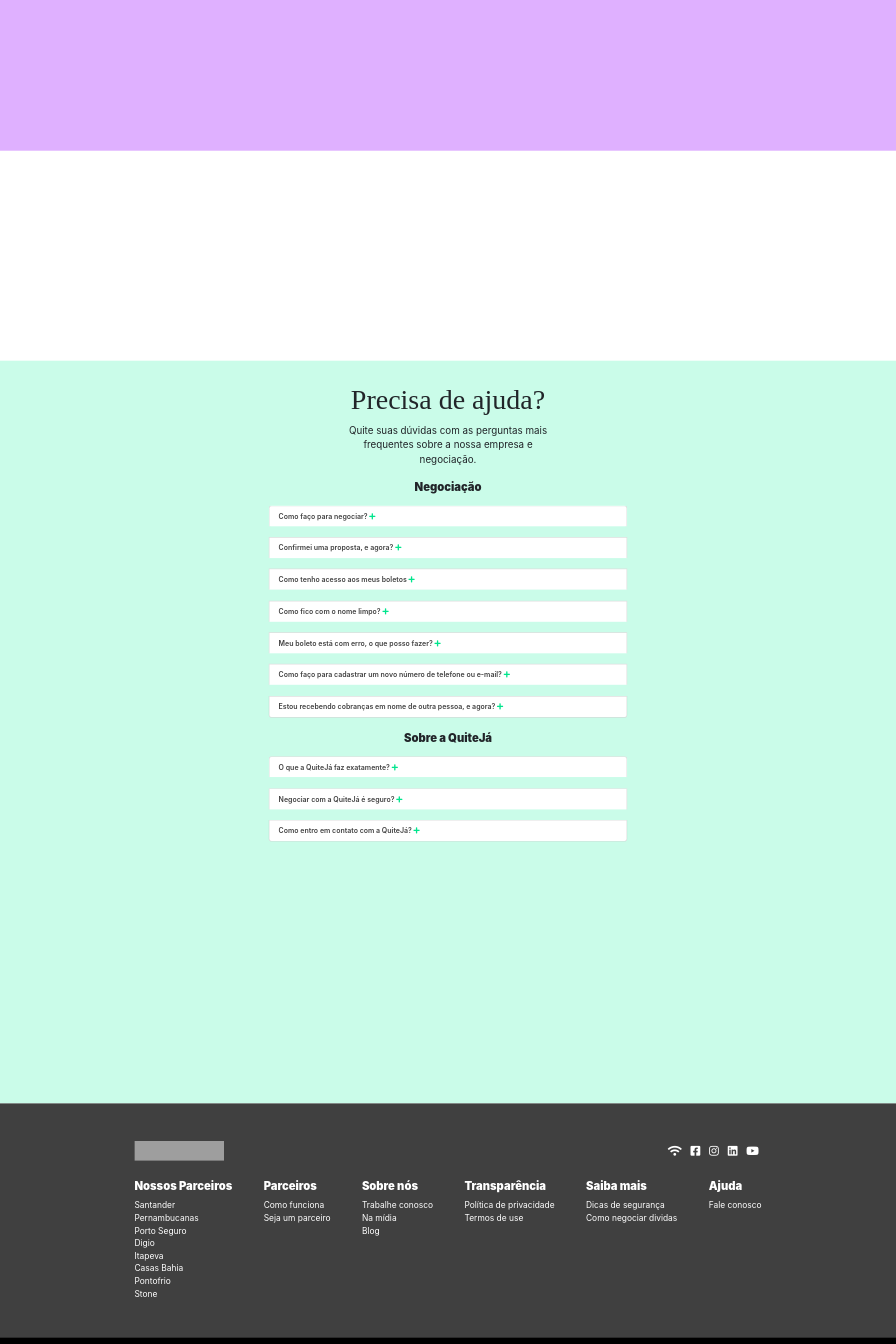
Repository: dasilvaoscar/estudos
Page: Layouts/index.html
An editor plug-in stored every save of this project. The page is shown before and after a run of saves, followed by the edit.
The browser window is 1280 px wide. The pictures show the part of the page from y = 3166 to 5086 px (the page is 5111 px tall), at 70% of full size.
Pictures or frames that could not be fetched are drawn as grey boxes. Some web fonts or font styles are not loaded; a fallback is used.

Above is the page before, as saved 2021-01-29 13:15:06.

### Layouts/index.html
<!doctype html>
<html lang="pt-BR">

<head>
    <title>QuiteJá</title>
    <!-- Required meta tags -->
    <meta charset="utf-8">
    <meta name="viewport" content="width=device-width, initial-scale=1, shrink-to-fit=no">
    <meta http-equiv="X-UA-Compatible" content="ie=edge" />
    <link rel="preconnect" href="https://fonts.gstatic.com">
    <link href="https://fonts.googleapis.com/css2?family=Fredoka+One&display=swap" rel="stylesheet">

    <!-- Bootstrap CSS -->
    <link rel="shortcut icon" href="./assets/img/favicon.png" type="image/x-icon">
    <link href="./assets/css/normalize.css" rel="stylesheet" />
    <link href="./assets/css/reset.css" rel="stylesheet" />
    <link rel="stylesheet" href="https://stackpath.bootstrapcdn.com/bootstrap/4.3.1/css/bootstrap.min.css"
        integrity="sha384-ggOyR0iXCbMQv3Xipma34MD+dH/1fQ784/j6cY/iJTQUOhcWr7x9JvoRxT2MZw1T" crossorigin="anonymous">
    <link href="./assets/css/style.css" rel="stylesheet" />
</head>

<body>
    <section class="warning">
        <p class="warning-text">
            <span>Aviso: </span>Não realizamos nenhuma negociação por WhatsApp ou Facebook.
            Negociamos somente aqui no nosso site
            <a class="close-link">
                <i class="fas fa-times"></i>
            </a>
        </p>
    </section>
    <header>
        <figure>
            <img src="./assets/img/logo-quiteja.png" alt="Logo QuiteJá" title="Logo QuiteJá">
        </figure>
        <nav>
            <ul class="nav-bar-links">
                <li>
                    <a href="#">Home</a>
                </li>
                <li>
                    <a href="#">Sobre nós</a>
                </li>
                <li>
                    <a href="#">Parceiros
                        <i class="fas fa-angle-down menu-icons"></i>
                    </a>
                </li>
                <li>
                    <a href="#">Blog</a>
                </li>
                <li>
                    <a href="#">Saiba Mais
                        <i class="fas fa-angle-down menu-icons"></i>
                    </a>
                </li>
                <li>
                    <a href="#">Ajuda</a>
                </li>
                <li>
                    <a class="btn btn-primary btn-billet" href="#" role="button">Meus boletos</a>
                </li>
                <li>
                    <a href=""><i class="fa fa-search" aria-hidden="true"></i></a>
                </li>
            </ul>
        </nav>
    </header>
    <article>
        <section class="negotiate-your-debts"></section>
        <section class="clean-your-name"></section>
        <section class="partners"></section>
        <section class="how-we-do-it-differently"></section>
        <section class="help-a-millions"></section>
        <section class="our-clients"></section>
        <section class="help">
            <div class="help-content">
                <h1>Precisa de ajuda?</h1>
                <p>
                    Quite suas dúvidas com as perguntas mais
                    frequentes sobre a nossa empresa e negociação.
                </p>
            </div>
            <h6>Negociação</h6>
            <div class="accordion" id="accordionExample">
                <div class="card card-help">
                    <div id="headingOne">
                        <h2 class="mb-0">
                            <button class="btn btn-link btn-block text-left btn-help" type="button"
                                data-toggle="collapse" data-target="#collapseOne" aria-expanded="false"
                                aria-controls="collapseOne">
                                Como faço para negociar? <i class="fa fa-plus" aria-hidden="true"></i>
                            </button>
                        </h2>
                    </div>

                    <div id="collapseOne" class="collapse" aria-labelledby="headingOne" data-parent="#accordionExample">
                        <div class="card-body">
                            Some placeholder content for the first accordion panel. This panel is shown by default,
                            thanks to the <code>.show</code> class.
                        </div>
                    </div>
                </div>
                <div class="card card-help">
                    <div id="headingTwo">
                        <h2 class="mb-0">
                            <button class="btn btn-link btn-block text-left collapsed btn-help" type="button"
                                data-toggle="collapse" data-target="#collapseTwo" aria-expanded="false"
                                aria-controls="collapseTwo">
                                Confirmei uma proposta, e agora? <i class="fa fa-plus" aria-hidden="true"></i>
                            </button>
                        </h2>
                    </div>
                    <div id="collapseTwo" class="collapse" aria-labelledby="headingTwo" data-parent="#accordionExample">
                        <div class="card-body">

                        </div>
                    </div>
                </div>
                <div class="card card-help">
                    <div id="headingThree">
                        <h2 class="mb-0">
                            <button class="btn btn-link btn-block text-left collapsed btn-help" type="button"
                                data-toggle="collapse" data-target="#collapseThree" aria-expanded="false"
                                aria-controls="collapseThree">
                                Como tenho acesso aos meus boletos <i class="fa fa-plus" aria-hidden="true"></i>
                            </button>
                        </h2>
                    </div>
                    <div id="collapseThree" class="collapse" aria-labelledby="headingThree"
                        data-parent="#accordionExample">
                        <div class="card-body">
                            And lastly, the placeholder content for the third and final accordion panel. This panel
                            is hidden by default.
                        </div>
                    </div>
                </div>
                <div class="card card-help">
                    <div id="headingFour">
                        <h2 class="mb-0">
                            <button class="btn btn-link btn-block text-left collapsed btn-help" type="button"
                                data-toggle="collapse" data-target="#collapseFour" aria-expanded="false"
                                aria-controls="collapseFour">
                                Como fico com o nome limpo? <i class="fa fa-plus" aria-hidden="true"></i>
                            </button>
                        </h2>
                    </div>
                    <div id="collapseFour" class="collapse" aria-labelledby="headingFour"
                        data-parent="#accordionExample">
                        <div class="card-body">
                            And lastly, the placeholder content for the third and final accordion panel. This panel
                            is hidden by default.
                        </div>
                    </div>
                </div>
                <div class="card card-help">
                    <div id="headingFive">
                        <h2 class="mb-0">
                            <button class="btn btn-link btn-block text-left collapsed btn-help" type="button"
                                data-toggle="collapse" data-target="#collapseFive" aria-expanded="false"
                                aria-controls="collapseFive">
                                Meu boleto está com erro, o que posso fazer? <i class="fa fa-plus" aria-hidden="true"></i>
                            </button>
                        </h2>
                    </div>
                    <div id="collapseFive" class="collapse" aria-labelledby="headingFive"
                        data-parent="#accordionExample">
                        <div class="card-body">
                            And lastly, the placeholder content for the third and final accordion panel. This panel
                            is hidden by default.
                        </div>
                    </div>
                </div>
                <div class="card card-help">
                    <div id="headingSix">
                        <h2 class="mb-0">
                            <button class="btn btn-link btn-block text-left collapsed btn-help" type="button"
                                data-toggle="collapse" data-target="#collapseSix" aria-expanded="false"
                                aria-controls="collapseSix">
                                Como faço para cadastrar um novo número de telefone ou e-mail? <i class="fa fa-plus" aria-hidden="true"></i>
                            </button>
                        </h2>
                    </div>
                    <div id="collapseSix" class="collapse" aria-labelledby="headingSix" data-parent="#accordionExample">
                        <div class="card-body">
                            And lastly, the placeholder content for the third and final accordion panel. This panel
                            is hidden by default.
                        </div>
                    </div>
                </div>
                <div class="card card-help">
                    <div id="headingSeven">
                        <h2 class="mb-0">
                            <button class="btn btn-link btn-block text-left collapsed btn-help" type="button"
                                data-toggle="collapse" data-target="#collapseSeven" aria-expanded="false"
                                aria-controls="collapseSeven">
                                Estou recebendo cobranças em nome de outra pessoa, e agora? <i class="fa fa-plus" aria-hidden="true"></i>
                            </button>
                        </h2>
                    </div>
                    <div id="collapseSeven" class="collapse" aria-labelledby="headingSeven"
                        data-parent="#accordionExample">
                        <div class="card-body">
                            And lastly, the placeholder content for the third and final accordion panel. This panel
                            is hidden by default.
                        </div>
                    </div>
                </div>
            </div>

            <h6>Sobre a QuiteJá</h6>
            <div class="accordion" id="accordionExample">
                <div class="card card-help">
                    <div id="headingEight">
                        <h2 class="mb-0">
                            <button class="btn btn-link btn-block text-left btn-help" type="button"
                                data-toggle="collapse" data-target="#collapseEight" aria-expanded="false"
                                aria-controls="collapseEight">
                                O que a QuiteJá faz exatamente? <i class="fa fa-plus" aria-hidden="true"></i>
                            </button>
                        </h2>
                    </div>

                    <div id="collapseEight" class="collapse" aria-labelledby="headingEight"
                        data-parent="#accordionExample">
                        <div class="card-body">
                            Some placeholder content for the first accordion panel. This panel is shown by default,
                            thanks to the <code>.show</code> class.
                        </div>
                    </div>
                </div>
                <div class="card card-help">
                    <div id="headingNine">
                        <h2 class="mb-0">
                            <button class="btn btn-link btn-block text-left collapsed btn-help" type="button"
                                data-toggle="collapse" data-target="#collapseNine" aria-expanded="false"
                                aria-controls="collapseNine">
                                Negociar com a QuiteJá é seguro? <i class="fa fa-plus" aria-hidden="true"></i>
                            </button>
                        </h2>
                    </div>
                    <div id="collapseNine" class="collapse" aria-labelledby="headingNine"
                        data-parent="#accordionExample">
                        <div class="card-body">
                            Some placeholder content for the second accordion panel. This panel is hidden by
                            default.
                        </div>
                    </div>
                </div>
                <div class="card card-help">
                    <div id="headingTen">
                        <h2 class="mb-0">
                            <button class="btn btn-link btn-block text-left collapsed btn-help" type="button"
                                data-toggle="collapse" data-target="#collapseTen" aria-expanded="false"
                                aria-controls="collapseTen">
                                Como entro em contato com a QuiteJá?
                                <i class="fa fa-plus" aria-hidden="true"></i>
                            </button>
                        </h2>
                    </div>
                    <div id="collapseTen" class="collapse" aria-labelledby="headingTen" data-parent="#accordionExample">
                        <div class="card-body">
                            And lastly, the placeholder content for the third and final accordion panel. This panel
                            is hidden by default.
                        </div>
                    </div>
                </div>
            </div>
        </section>
    </article>
    <footer>
        <div class="big-footer">
            <div class="big-footer-content">
                <section class="social">
                    <figure class="logo-footer">
                        <img src="./assets/img/footer-logo.png" alt="">
                    </figure>
                    <div class="social-icons">
                        <i class="fas fa-wifi" aria-hidden="true"></i>
                        <i class="fab fa-facebook-square" aria-hidden="true"></i>
                        <i class="fab fa-instagram" aria-hidden="true"></i>
                        <i class="fab fa-linkedin" aria-hidden="true"></i>
                        <i class="fab fa-youtube" aria-hidden="true"></i>
                    </div>
                </section>
                <section class="footer-links">
                    <div class="footer-links-subtitle">
                        <h6>Nossos Parceiros</h6>
                        <a href="#">Santander</a>
                        <a href="#">Pernambucanas</a>
                        <a href="#">Porto Seguro</a>
                        <a href="#">Digio</a>
                        <a href="#">Itapeva</a>
                        <a href="#">Casas Bahia</a>
                        <a href="#">Pontofrio</a>
                        <a href="#">Stone</a>
                    </div>
                    <div class="footer-links-subtitle">
                        <h6>Parceiros</h6>
                        <a href="#">Como funciona</a>
                        <a href="#">Seja um parceiro</a>
                    </div>
                    <div class="footer-links-subtitle">
                        <h6>Sobre nós</h6>
                        <a href="#">Trabalhe conosco</a>
                        <a href="#">Na mídia</a>
                        <a href="#">Blog</a>
                    </div>
                    <div class="footer-links-subtitle">
                        <h6>Transparência</h6>
                        <a href="#">Política de privacidade</a>
                        <a href="#">Termos de use</a>
                    </div>
                    <div class="footer-links-subtitle">
                        <h6>Saiba mais</h6>
                        <a href="#">Dicas de segurança</a>
                        <a href="#">Como negociar dividas</a>
                    </div>
                    <div class="footer-links-subtitle">
                        <h6>Ajuda</h6>
                        <a href="#">Fale conosco</a>
                    </div>
                </section>
            </div>
        </div>
        <div class="little-footer">
            <div class="little-footer-content">
                <section class="information">
                    <p>CNPJ: 06.145.272/0001-66
                        <i class="fas fa-map-marker-alt footer-icons"></i>Av. Cândido de Abreu, 70 - Curitiba - PR
                    </p>
                </section>
                <section class="copyrights">
                    <p>2021 &copy Todos os direitos reservados QuiteJá</p>
                </section>
            </div>
        </div>
    </footer>

    <!-- Optional JavaScript -->
    <!-- jQuery first, then Popper.js, then Bootstrap JS -->
    <link rel="stylesheet" href="https://cdnjs.cloudflare.com/ajax/libs/font-awesome/5.15.2/css/all.min.css"
        integrity="sha512-HK5fgLBL+xu6dm/Ii3z4xhlSUyZgTT9tuc/hSrtw6uzJOvgRr2a9jyxxT1ely+B+xFAmJKVSTbpM/CuL7qxO8w=="
        crossorigin="anonymous" />
    <script src="https://code.jquery.com/jquery-3.3.1.slim.min.js"
        integrity="sha384-q8i/X+965DzO0rT7abK41JStQIAqVgRVzpbzo5smXKp4YfRvH+8abtTE1Pi6jizo" crossorigin="anonymous">
    </script>
    <script src="https://cdnjs.cloudflare.com/ajax/libs/popper.js/1.14.7/umd/popper.min.js"
        integrity="sha384-UO2eT0CpHqdSJQ6hJty5KVphtPhzWj9WO1clHTMGa3JDZwrnQq4sF86dIHNDz0W1" crossorigin="anonymous">
    </script>
    <script src="https://stackpath.bootstrapcdn.com/bootstrap/4.3.1/js/bootstrap.min.js"
        integrity="sha384-JjSmVgyd0p3pXB1rRibZUAYoIIy6OrQ6VrjIEaFf/nJGzIxFDsf4x0xIM+B07jRM" crossorigin="anonymous">
    </script>
</body>

</html>

### Layouts/assets/css/style.css
/* RESET BOOTSTRAP */
p {
  display: block;
  margin-block-start: 0em;
  margin-block-end: 0em;
  margin-inline-start: 0px;
  margin-inline-end: 0px;
}

a {
  color: black;
}

li {
  list-style-type: none
}

figure {
  display: block;
  margin-block-start: 0em;
  margin-block-end: 0em;
  margin-inline-start: 0px;
  margin-inline-end: 0px;
}

ul {
  margin-block-start: 0em;
  margin-block-end: 0em;
  margin-inline-start: 0px;
  margin-inline-end: 0px;
  padding-inline-start: 0px;
}

/* New Style */

header {
  display: flex;
  align-items: center;
  justify-content: space-around;
  height: 81px;
}

header img {
  width: 154px;
  height: 70px;
}

section.warning {
  display: flex;
  justify-content: space-around;
  align-items: center;
  background-color: #00E58D;
  width: 100%;
  height: 40px;
}

p.warning-text span {
  font-size: 12px;
  font-style: normal;
  font-weight: 700;
  line-height: 15px;
  letter-spacing: 0em;
  text-align: center;
}

p.warning-text {
  font-size: 12px;
  font-style: normal;
  font-weight: 500;
  line-height: 15px;
  letter-spacing: 0em;
  text-align: center;
}

ul.nav-bar-links {
  display: flex;
  justify-content: space-between;
  align-items: center;
  font-style: normal;
  font-size: 14px;
}

ul.nav-bar-links li a {
  text-decoration: none !important;
  margin-left: 25px;
  color: black;
}

a.close-link {
  margin-left: 10px;
  cursor: pointer;
}

ul.nav-bar-links li:last-child {
  margin-left: 30px;
}

.menu-icons {
  margin-left: 5px;
}

.footer-icons {
  margin: auto 10px auto 10px;
}


.btn-billet {
  width: 100%;
  background: #A9E4EB;
  border: none;
  font-size: 14px;
  font-weight: 800;
  padding: 13px;
  border-radius: 10px;
  box-shadow: 0px 1px 2px rgba(0, 0, 0, 0.25);
}

.negotiate-your-debts {
  background-color: #CAFCE9;
  height: 700px;
}

.clean-your-name {
  height: 300px;
}

.partners {
  background-color: #F5F5F5;
  height: 658px;
}

.how-we-do-it-differently {
  background-color: #CAFCE9;
  height: 911px;
}

.help-a-millions {
  background-color: #DFB0FF;
  height: 691px;
}

.our-clients {
  height: 300px;
}

.social {
  display: flex;
  align-items: center;
  justify-content: space-between;
  width: 100%;
  margin-bottom: 3%;
}

.social-icons {
  letter-spacing: 4px;
}

.big-footer {
  background-color: #404040;
  height: 334px;
  color: white;
  display: flex;
  align-items: center;
  justify-content: space-around;
  flex-direction: column;
}

.little-footer {
  background-color: #000000;
  height: 35px;
  display: flex;
  align-items: center;
  color: white;
  justify-content: center;
  font-size: 10px;
}

.logo-footer img {
  width: 128px;
  height: 29px;
}

.footer-links {
  display: flex;
  width: 100%;
  display: flex;
  justify-content: space-between;
}

.footer-links-subtitle {
  display: flex;
  flex-direction: column;
}

.footer-links-subtitle a {
  color: white;
  text-decoration: none;
  font-size: 12px;
}

.footer-links-subtitle a:hover {
  color: rgb(12, 118, 179);
  text-decoration: none;
  font-size: 12px;
}

.footer-links-subtitle h6 {
  font-weight: 900;
}

.big-footer-content {
  width: 70%;
}

.little-footer-content {
  width: 70%;
  display: flex;
  justify-content: space-between;
  align-items: center;
}

.help {
  background-color: #CAFCE9;
  height: 1061px;
  display: flex;
  flex-direction: column;
  align-items: center;
  text-align: center;
}

.help-content {
  width: 25%;
  flex-wrap: wrap;
}

.help-content p {
  font-size: 14px;
}

.help h1 {
  font-size: 40px;
  margin-top: 10%;
  font-family: 'Fredoka One', cursive;
}

.help h6 {
  font-weight: 900;
  margin: 20px auto 1px auto;
}

.accordion {
  width: 40%;
}

.card-help {
  margin-top: 3%;
}

.btn-help {
  color: #404040;
  font-weight: 600;
  font-size: 10px;
}

.btn-help:hover {
  text-decoration: none;
}

.btn-help .fa-plus {
  color: #00E58D;
}

Loaded but not shown: Layouts/assets/css/normalize.css (library); Layouts/assets/css/reset.css (common file)

After the next 4 saves:
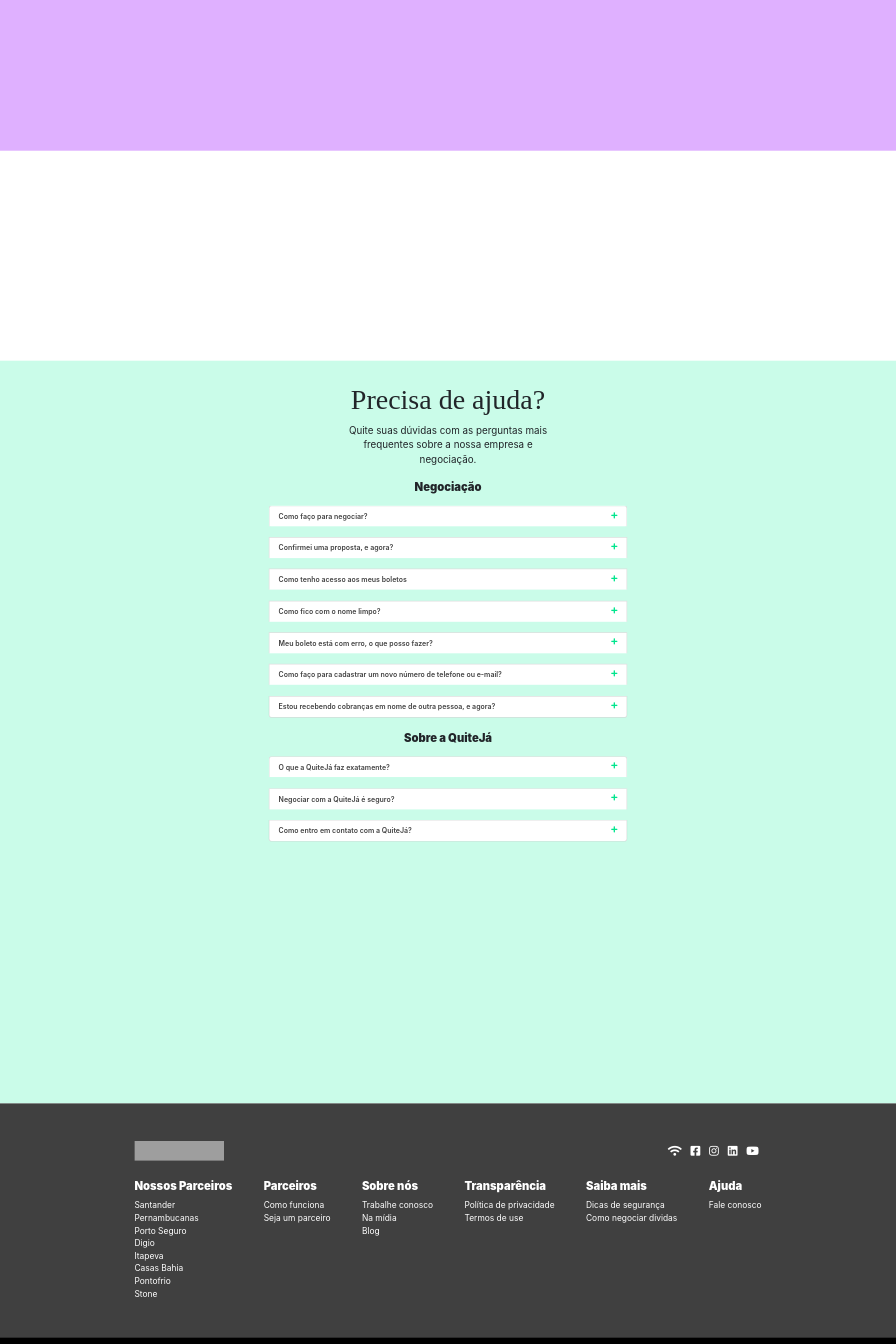
The 4 saves are shown as one change because they came seconds apart.
The last was saved 11 s later.
--- a/Layouts/assets/css/style.css
+++ b/Layouts/assets/css/style.css
@@ -268,4 +268,5 @@
 
 .btn-help .fa-plus {
   color: #00E58D;
-}
+  float: right;
+}
